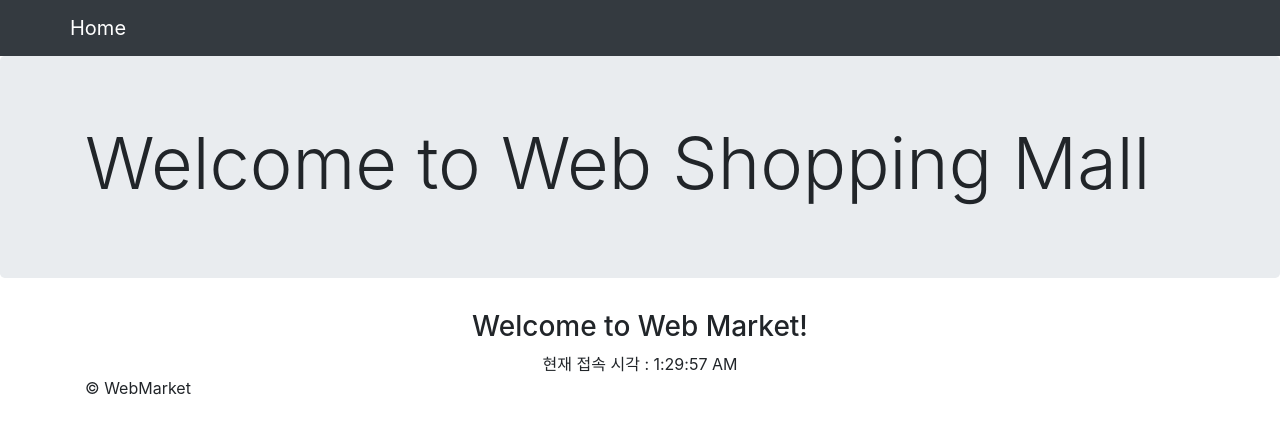
Repository: bobo1201/jspwork
Page: http://localhost/JSP0227/ch03_ex07/menu.jsp
The author's editor kept a copy of each file at every save. The page is drawn from the files as they stood at one save, then again after the next save.
The browser window is 1280 px wide. The pictures show the whole page.
The page is served by Tomcat 9.

Above is the page before, as saved 2023-02-27 07:41:23.

### JSP0227/src/main/webapp/ch03_ex07/menu.jsp
<%@ page language="java" contentType="text/html; charset=UTF-8"
    pageEncoding="UTF-8"%>
<%@ page import="java.util.Date" %>
<!DOCTYPE html>
<html>
<head>
<meta charset="UTF-8">
<link rel = "stylesheet"
	href = "http://maxcdn.bootstrapcdn.com/bootstrap/4.0.0/css/bootstrap.min.css">
<title>Welcome</title>
</head>
<body>
	<nav class = "navbar navbar-expand navbar-dark bg-dark">
		<div class = "container">
			<div class = "navbar-header">
				<a class = "navbar-brand" href="./welcom.jsp">Home</a>
			</div>
		</div>
	</nav>

	<%! String greeting = "Welcome to Web Shopping Mall";
		String tagline = "Welcome to Web Market!";%>
	<div class = "jumbotron">
		<div class = "container">
			<h1 class = "display-3"><%= greeting %></h1>
		</div>
	</div>
	<main role = "main">
	<div class = "container">
		<div class = "text-center">
			<h3><%= tagline %></h3>
			<%
				Date day = new java.util.Date();
				String am_pm;
				int hour = day.getHours();
				int minute = day.getMinutes();
				int second = day.getSeconds();
				if(hour / 12 == 0){
					am_pm = "AM";
				} else{
					am_pm = "PM";
					hour = hour - 12;
				}
				String CT = hour + ":" + minute + ":" + second + " " + am_pm;
				out.println("현재 접속 시각 : " + CT + "\n");
			%>
		</div>
	</div>
	</main>

	<footer class = "container">
		<p>&copy; WebMarket</p>
	</footer>
</body>
</html>

After the next save:
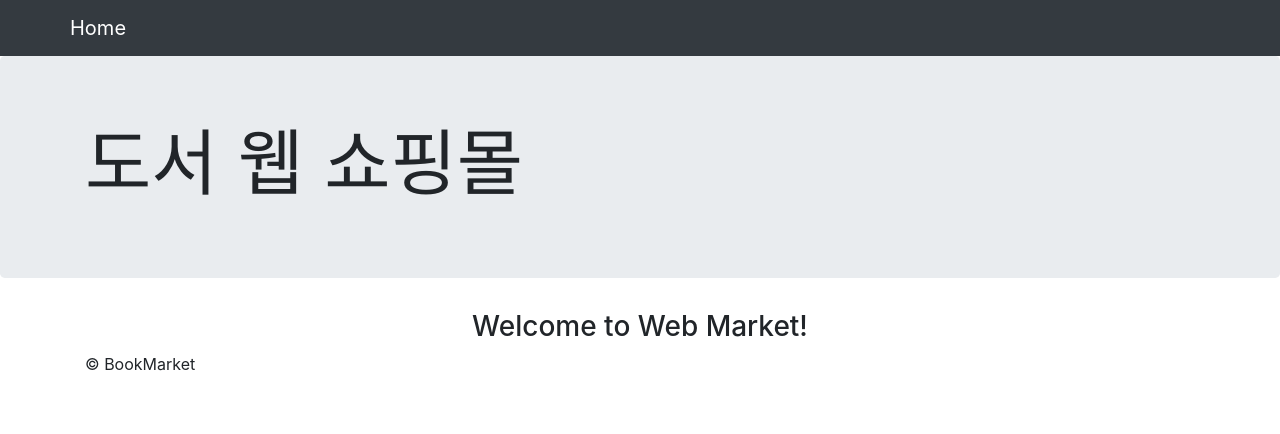
Saved 85 s later.
--- a/JSP0227/src/main/webapp/ch03_ex07/menu.jsp
+++ b/JSP0227/src/main/webapp/ch03_ex07/menu.jsp
@@ -18,7 +18,7 @@
 		</div>
 	</nav>
 
-	<%! String greeting = "Welcome to Web Shopping Mall";
+	<%! String greeting = "도서 웹 쇼핑몰";
 		String tagline = "Welcome to Web Market!";%>
 	<div class = "jumbotron">
 		<div class = "container">
@@ -29,27 +29,12 @@
 	<div class = "container">
 		<div class = "text-center">
 			<h3><%= tagline %></h3>
-			<%
-				Date day = new java.util.Date();
-				String am_pm;
-				int hour = day.getHours();
-				int minute = day.getMinutes();
-				int second = day.getSeconds();
-				if(hour / 12 == 0){
-					am_pm = "AM";
-				} else{
-					am_pm = "PM";
-					hour = hour - 12;
-				}
-				String CT = hour + ":" + minute + ":" + second + " " + am_pm;
-				out.println("현재 접속 시각 : " + CT + "\n");
-			%>
 		</div>
 	</div>
 	</main>
 
 	<footer class = "container">
-		<p>&copy; WebMarket</p>
+		<p>&copy; BookMarket</p>
 	</footer>
 </body>
 </html>
